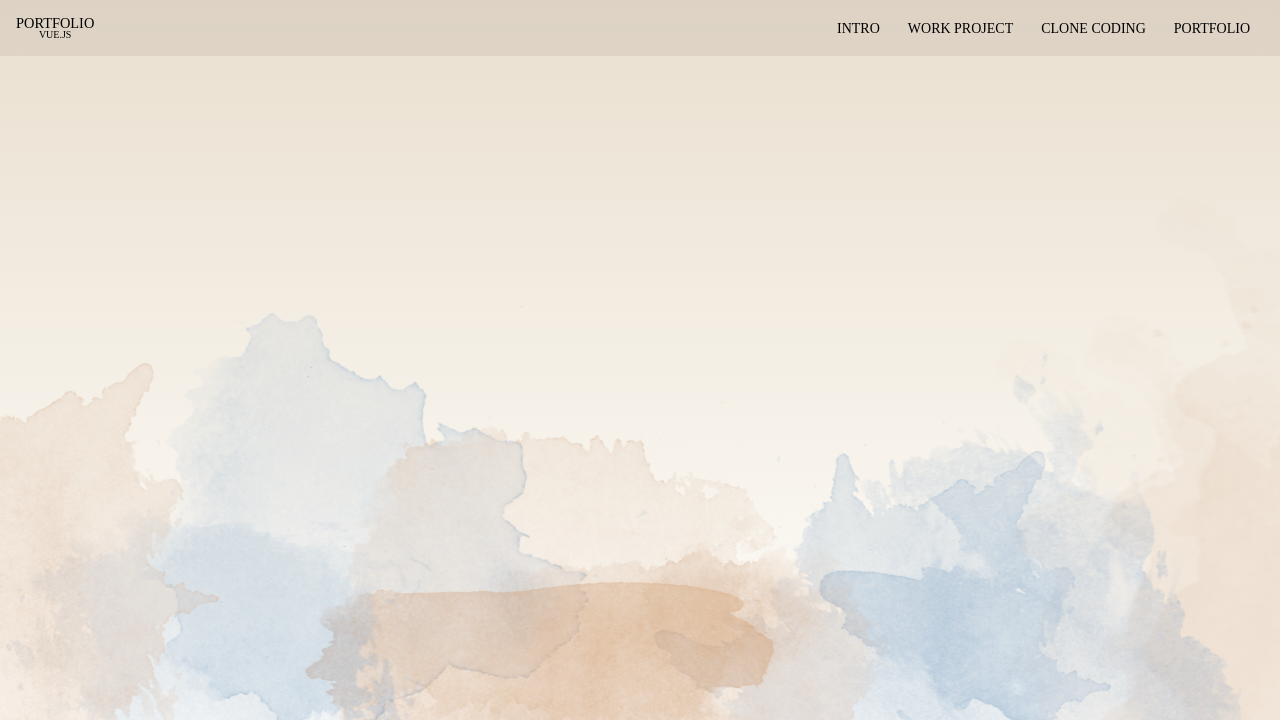
Repository: youngae-sa/vPortfolio
Page: /workProject
These files come from the project's save history. The page is drawn as it stood at one moment and after the next save; the edit follows.
The browser window is 1280 px wide. The pictures show the whole page.
Some web fonts or font styles are not loaded; a fallback is used. The project was rebuilt for these pictures with package versions that can differ from the ones it lists, and the page was loaded fresh each time. Also part of the build but not shown: vite.config.js. Imported but missing from the stored project, and not drawn on this page: src/components/FooterSection.vue, src/components/IntroSection.vue.

Above is the page before, as saved 2025-10-24 10:59:48.

### index.html
<!DOCTYPE html>
<html lang="ko">
<head>
    <meta charset="UTF-8">
    <meta name="viewport" content="width=device-width, initial-scale=1.0">
    <title>포트폴리오</title>

    <link rel="icon" type="image/svg+xml" href="favicon.svg" />
</head>
<body>
    <div id="app"></div>
    <script type="module" src="/src/main.js"></script>
</body>
</html>

### src/main.js

import "./assets/scss/layout.scss";
import { createApp } from 'vue'
import App from './App.vue'
import router from './router/index.js'

let app = "";
let containerSelector = "#app";

// check if app has been mounted already
const mountPoint = document.querySelector(containerSelector);

if (mountPoint && mountPoint.__vue_app__ !== undefined) {

    // Set the existing mount point to 'app'.
    app = mountPoint.__vue_app__._instance.proxy;
}
else {

    // create a new app instance
    app = createApp(App);

    // Install the required instances like plugin, component and directive.
    app.use(router);

    // Mount 'app' (App.vue) as root component.
    app.mount(containerSelector);
}

### src/assets/scss/layout.scss
@charset "UTF-8";

@use "reset";
@use "mixin" as *;
@use "root";
@use "style";

.blind{width:1px; height:1px; line-height:1px; position:absolute; left:-9999px; top:-9999px;}

#header {
    @include position-fixed;
    z-index: 10000;
    background-color: rgba(116, 99, 99, 0.1);
    backdrop-filter: blur(15px);
}
.header__inner {
    @include flex-between;

    padding: 1rem;

    .header__logo {
        font-size: 0.9rem;
        text-align: center;
        text-transform: uppercase;
        line-height: 1;

        em {
            font-size: 10px;
            display: block;
            color: var(--black200);
        }
    }

    .header__nav {

        @media (max-width: 800px){
            display: none;

            &.show {
                display: block;

                ul {
                    display: block;
                    position: absolute;
                    right: 0;
                    top: 68px;
                    background-color: rgba(116,99,99,0.1);
                    backdrop-filter: blur(15px);
                    z-index: 10000;
                    min-width: 150px;
                    padding: 20px 0;

                    li {
                        display: block;
                        text-align: right;

                        a {
                            display: inline-block;
                            padding: 10px;
                        }
                    }
                }
            }
            &.show + .header__nav__mobile span::before {
                width: 20px;
            }
            &.show + .header__nav__mobile span::after {
                width: 20px;
            }
        }

        li {
            display: inline;

            a {
                text-transform: uppercase;
                font-size: 14px;
                padding: 14px;
                position: relative;

                &::before {
                    content: '';
                    width: calc(100% - 28px);
                    height: 1px;
                    background-color: var(--black);
                    position: absolute;
                    left: 14px;
                    bottom: 10px;
                    transform: scaleX(0);
                    transition: all 0.3s;
                }
                &:hover::before {
                    transform: scaleX(1);
                }
            }
        }
    }

    .header__nav__mobile {
        display: none;
        width: 40px;
        height: 40px;
        cursor: pointer;

        @media (max-width: 800px){
            display: block;
        }

        span {
            display: block;
            width: 40px;
            height: 2px;
            background-color: var(--black);
            margin-top: 19px;
            position: relative;

            &::before {
                content: "";
                width: 40px;
                height: 2px;
                background-color: var(--black);
                position: absolute;
                right: 0;
                top: 6px;
                transition: width 0.3s;
            }
            &::after {
                content: "";
                width: 40px;
                height: 2px;
                background-color: var(--black);
                position: absolute;
                left: 0;
                bottom: 6px;
                transition: width 0.3s;
            }
        }
    }
}

### src/App.vue
<script setup>
import { RouterView } from "vue-router";
</script>

<template>
    <RouterView />
</template>

### src/router/index.js
import { createRouter, createWebHistory } from 'vue-router'
import HomeView from '../views/HomeView.vue'
import IntroSection from '../components/IntroSection.vue'
import WorkProject from '../components/WorkProject.vue'



const router = createRouter({
    history: createWebHistory(import.meta.env.BASE_URL),
    routes: [
        {
            path: '/',
            name: 'home',
            component: HomeView,
            children:[
                {
                    path:'/',
                    // component: IntroSection,
                    component:WorkProject
                },
                {
                    path:'workProject',
                    component: WorkProject,
                },
                {
                    path:'workProject',
                    component: WorkProject,
                },
                {
                    path:'workProject',
                    component: WorkProject,
                }
            ]

        }
    ]
})

export default router

### src/assets/scss/_mixin.scss
// 가운데 정렬
@mixin flex-center {
    display: flex;
    align-items: center;
    justify-content: center;
}

// 양쪽 정렬
@mixin flex-between {
    display: flex;
    align-items: center;
    justify-content: space-between;
}

// 중앙 정렬
@mixin position-center {
    position: absolute;
    left: 50%;
    top: 50%;
    transform: translate(-50%, -50%);
}

// 상단 고정
@mixin position-fixed {
    position: fixed;
    left: 0;
    top: 0;
    width: 100%;
}

@keyframes bgMove {
    0% {background-position: left;}
    100% {background-position: right;}
}

@keyframes spin{
    0% {
        --rotate: 0deg;
      }
      100% {
        --rotate: 360deg;
      }
}

@keyframes move{
  0% {
    transform: translate(-50%,0px);
    opacity: 0;
  }
  50% {
    transform: translate(-50%,40px);
    opacity: 1;
  }
  100% {
    transform: translate(-50%,60px);
    opacity: 0;
  }
}

@keyframes opa{
  0% {
      opacity:0;
    }
    100% {
      opacity:1;
    }
}

### src/assets/scss/_root.scss
@property --rotate {
    syntax: "<angle>";
    initial-value: 132deg;
    inherits: false;
}

:root {
	--white: #fff;
	--black: #000;
	--danger: #EB003B;
	--warning: #B9131E;/* 경고 */
	--success: #008A1E;/* 초록 */
	--information: #2768FF;
	--primary: #246BEB;
	--primary5: #EFF5FF;
	--primary10: #D3E1FB;
	--primary20: #A7C4F7;
	--primary30: #7CA6F3;
	--primary40: #5089EF;
	--primary60: #1D56BC;
	--primary70: #16408D;
	--primary80: #0E2B5E;
	--primary90: #07152F;
	--secondary: #003675;
	--secondary5: #EDF1F5;
	--secondary10: #CDD7E4;
	--secondary20: #B4C4D6;
	--secondary30: #99B0CB;
	--secondary40: #2A5C96;
	--secondary50: #003675;
	--secondary60: #002B5E;
	--secondary70: #002046;
	--secondary80: #00162F;
	--secondary90: #000B17;
	--danger60: #D50136;
	--accent5: #FDF2F3;
	--point: #E71825;
	--point5: #FDF2F3;
	--point10: #FAD1D3;
	--point20: #F5A3A8;
	--point30: #F1747C;
	--point40: #EC4651;
	--point60: #B9131E;
	--point70: #8B0E16;
	--point80: #5C0A0F;
	--point90: #2E0507;
	--gray5: #F8F8F8;
	--gray10: #F0F0F0;
	--gray20: #E4E4E4;
	--gray30: #D8D8D8;
	--gray40: #C6C6C6;
	--gray50: #8E8E8E;
	--gray60: #717171;
	--gray70: #555555;
	--gray80: #2D2D2D;
	--gray90: #1D1D1D;
	--spacer60: 25.4rem;
	--spacer59: 25rem;
	--spacer58: 24.6rem;
	--spacer57: 24.2rem;
	--spacer56: 23.8rem;
	--spacer55: 23.4rem;
	--spacer54: 22.6rem;
	--spacer53: 22.2rem;
	--spacer52: 20.8rem;
	--spacer51: 20.4rem;
	--spacer50: 20rem;
	--spacer49: 19.6rem;
	--spacer48: 19.2rem;
	--spacer47: 18.8rem;
	--spacer46: 18.4rem;
	--spacer45: 18rem;
	--spacer44: 17.6rem;
	--spacer43: 17.2rem;
	--spacer42: 16.8rem;
	--spacer41: 16.4rem;
	--spacer40: 16rem;
	--spacer39: 15.6rem;
	--spacer38: 15.2rem;
	--spacer37: 14.8rem;
	--spacer36: 14.4rem;
	--spacer35: 14rem;
	--spacer34: 13.6rem;
	--spacer33: 13.2rem;
	--spacer32: 12.8rem;
	--spacer31: 12.4rem;
	--spacer30: 12rem;
	--spacer29: 11.6rem;
	--spacer28: 11.2rem;
	--spacer27: 10.8rem;
	--spacer26: 10.4rem;
	--spacer25: 10rem;
	--spacer24: 9.6rem;
	--spacer23: 9.2rem;
	--spacer22: 8.8rem;
	--spacer21: 8.4rem;
	--spacer20: 8rem;
	--spacer19: 7.6rem;
	--spacer18: 7.2rem;
	--spacer17: 6.8rem;
	--spacer16: 6.4rem;
	--spacer15: 6rem;
	--spacer14: 5.6rem;
	--spacer13: 5.2rem;
	--spacer12: 4.8rem;
	--spacer11: 4.4rem;
	--spacer10: 4rem;
	--spacer9: 3.6rem;
	--spacer8: 3.2rem;
	--spacer7: 2.8rem;
	--spacer6: 2.4rem;
	--spacer5: 2rem;
	--spacer4: 1.6rem;
	--spacer3: 1.2rem;
	--spacer2: 0.8rem;
	--spacer1: 0.4rem;
	--spacer0: 0;
	--spacer-default: .1rem;
	--spacer-default2: .2rem;
	--spacerfull: 100%;
}

### src/assets/scss/style.scss
@charset "UTF-8";
@import url('https://fonts.googleapis.com/css2?family=Noto+Sans+KR:wght@100;300;400;500;700;900&display=swap');
@import url('https://fonts.googleapis.com/css2?family=Stylish&display=swap');
@import url('https://fonts.googleapis.com/css2?family=Do+Hyeon&display=swap');
@import url('https://fonts.googleapis.com/css2?family=DynaPuff:wght@700&display=swap');

[class*="__inner"]{
    max-width: 1480px;
    margin:0 auto;
}

#main{
    height: 100vh;
    background-color: #EEE6D9;
    background-color: #fffefb;
    background: -moz-linear-gradient(0deg, rgba(255,254,251,1) 0%, rgba(233,223,207,1) 100%);
    background: -webkit-linear-gradient(0deg, rgba(255,254,251,1) 0%, rgba(233,223,207,1) 100%);
    background: linear-gradient(0deg, rgba(255,254,251,1) 0%, rgba(233,223,207,1) 100%);
    position: relative;
    padding-top: 56px;

    &:after{
        width: 100%;
        height: 600px;
        background-image: url('../images/bg1.png');
        content:"";
        display: inline-block;
        position: absolute;
        left:0;
        bottom:0;
        animation: bgMove 150s linear infinite;
    }
}

// intro
.intro {
    height: 100%; padding-top: 100px;
    height: 100vh;
    background-color: #EEE6D9;
    background-color: #fffefb;
    background: -moz-linear-gradient(0deg, rgba(255,254,251,1) 0%, rgba(233,223,207,1) 100%);
    background: -webkit-linear-gradient(0deg, rgba(255,254,251,1) 0%, rgba(233,223,207,1) 100%);
    background: linear-gradient(0deg, rgba(255,254,251,1) 0%, rgba(233,223,207,1) 100%);
    position: relative;
    padding-top: 56px;

    &:after{
        width: 100%;
        height: 600px;
        background-image: url('../images/bg1.png');
        content:"";
        display: inline-block;
        position: absolute;
        left:0;
        bottom:0;
        animation: bgMove 150s linear infinite;
    }
}
.intro .welcome_tit{
    max-width: 500px;
    width: 100%;
    height:80px;
    margin:0 auto 100px;
    position:relative;
    text-align:center;
    filter: url(#threshold) blur(0.6px);

    span{
        display: inline-block;
        width:100%;
        position:absolute;
        left:0;
        top:0;
        font-family: 'DynaPuff', cursive;
        font-size: 80px;
        font-weight:700;
        text-align:center;
        text-transform: uppercase;
        color:#ec9325;
        letter-spacing: 0.12em;
    }
}

.intro .my_info{
    height:255px;
    display:flex;
    justify-content: center;
    align-items:center;
    gap:70px;
    .pfp{
        width:250px;
        position: relative;
        transition:all 0.3s 1.3s;

        img{
            position: relative;
            z-index: 1;
            background-color: rgba(233,223,207,0.8);
        }

        &::before{
            content:'';
            display: block;
            position:absolute;
            top: -45px;
            left: -48px;
            height: 140%;
            width: 140%;
            margin: 0 auto;
            transform: scale(0.7);
            filter: blur(30px);
            background-image: linear-gradient(
              var(--rotate)
              , #fffbed, #f6d365 43%, #fda085);
              opacity: 1;
            transition: opacity .5s;
            animation: spin 4s linear infinite;
        }

        &::after{
            content:'';
            display: block;
            width: 104%;
            height: 102%;
            border-radius: 8px;
            background-image: linear-gradient(var(--rotate),#fffbed, #f6d365 43%, #fda085);
            position: absolute;
            top: -1%;
            left: -2%;
            animation: spin 4s linear infinite;
        }
    }
}


.intro .my_info .pfp .line{
    position:absolute;
    left:0;
    top:0;
    width:100%;
    height:100%;

    &::before,
    &::after{
        display:inline-block;
        content:'';
        position:absolute;
        transition:all 0.3s;
        box-shadow: -1px 8px 21px 1px rgba(237,209,187,1);
        -webkit-box-shadow: -1px 8px 21px 1px #edd1bb;
        -moz-box-shadow: -1px 8px 21px 1px rgba(237,209,187,1);
    }
}

.intro .my_info .pfp .l1::before{
    width:0%; height:2px; top:0; left:0;
    background: rgb(207,179,152);
    transition-delay : 0.2s;
}
.intro .my_info .pfp .l1::after{
    width:2px; height:0%; top:0; right:0;
    background: #cfb398;
    transition-delay : 0.6s;
}
.intro .my_info .pfp .l2::before{
    width:0%; height:2px; bottom:0; right:0;
    background: rgb(207,179,152);
    transition-delay : 0.9s;
}
.intro .my_info .pfp .l2::after{
    width:2px; height:0%; bottom:0; left:0;
    background: rgb(207,179,152);
    transition-delay : 1.2s;
}
/*  on */
.intro.on .my_info .pfp{background-color:rgba(242, 236, 225,0.2);}
.intro.on .my_info .pfp .l1::before{
    width:100%;
}
.intro.on .my_info .pfp .l1::after{
     height:100%;
}
.intro.on .my_info .pfp .l2::before{
    width:100%;
}
.intro.on .my_info .pfp .l2::after{
    height:100%;
}

.intro .my_info_all{
    height:100%;
    padding:10px;

    > ul{
        height:100%;
        display:flex;
        align-items: flex-start;
        gap:40px;

        .info {
            h3{margin-bottom:20px; font-size:20px;}

            ul {
                li{
                    display: flex;
                    padding:3px 0;
                    font-size:14px;

                    p:nth-child(1){font-weight: 700;}
                }
            }

            &.profile{
                .tit{width:80px;}
            }
            &.skills{
                p:nth-child(1){width:120px;}

                .level{
                    span{
                        display: inline-block; width:45px; height:6px; border-radius: 20px; text-align: center; margin-right:5px;}
                    .fill{background-color:#edb470;}
                    .empty{background-color:#ead0b1;}
                }
            }
        }

    }
}


.intro .scroll_down{
    display: flex;

    div{
        width:100px;
        margin:180px auto 0;

        .mouse{
            width:45px;
            height:80px;
            margin: 0 auto;
            border:2px solid #fff;
            border-radius: 50px;
            position:relative;
            padding:5px;
            box-sizing: border-box;
            box-shadow: 2px 2px 3px rgba(255,255,255,0.6);
            overflow: hidden;

            span{display: inline-block; width:10px; height:10px; border-radius: 50%; background-color:#fff; position: absolute; left:50%; transform: translateX(-50%); animation: move 2s linear infinite;}
        }

        .txt{text-align: center; font-size:1em; padding-top:10px; color:#fff; font-weight: 700;}
    }
}

### src/views/HomeView.vue
<script setup>
    import SkipSection from "@/components/SkipSection.vue";
    import HeaderSection from "@/components/HeaderSection.vue";
    import FooterSection from "@/components/FooterSection.vue";
    import IntroSection from "@/components/IntroSection.vue";


</script>

<template>
    <SkipSection />
    <HeaderSection />
    <main id="main" role="main">
        <router-view/>
    </main>
    <!-- <FooterSection /> -->
</template>

### src/components/WorkProject.vue
<template>

    <h2 class="blind">Work Project</h2>
    <section>

    </section>
</template>

### src/components/SkipSection.vue
<template>
    <div id="skip">
        <a href="#header">헤더 영역</a>
        <a href="#intro">소개 영역</a>
        <a href="#skill">스킬 영역</a>
        <a href="#site">사이트 영역</a>
        <a href="#port">포트폴리오 영역</a>
        <a href="#contact">연락처 영역</a>
        <a href="#footer">푸터 영역</a>
    </div>
</template>

### src/components/HeaderSection.vue
<script setup>
    import { headerNav } from "@/constants/index";
</script>
<template>
    <header id="header" role="banner">
        <div class="header__inner">
            <h1 class="header__logo">
                <a href="#">portfolio<em>vue.js</em></a>
            </h1>
            <nav class="header__nav" role="navigation" aria-label="메인 메뉴">
                <ul>
                    <li v-for="(nav, key) in headerNav" :key="key">
                        <a :href="nav.url">{{ nav.title }}</a>
                    </li>
                </ul>
            </nav>
            <div class="header__nav__mobile"
                id="headerToggle"
                aria-controls="primary-menu"
                :aria-expanded="isNavVisible.toString()"
                @click="toggleMobileMenu"
            >
                <span></span>
            </div>
        </div>
    </header>
</template>

<script>
export default {
    data() {
        return {
            isNavVisible: false,
        };
    },
    methods: {
        toggleMobileMenu() {
            this.isNavVisible = !this.isNavVisible;
        },
    },
};
</script>

### src/constants/index.js
export const headerNav = [
    {
        title: "intro",
        url: "/",
    },
    {
        title: "work Project",
        url: "/WorkProject",
    },
    {
        title: "clone coding",
        url: "/CloneCoding",
    },
    {
        title: "portfolio",
        url: "/",
    },

];

Loaded but not shown: src/assets/scss/_reset.scss (common file)

After the next save:
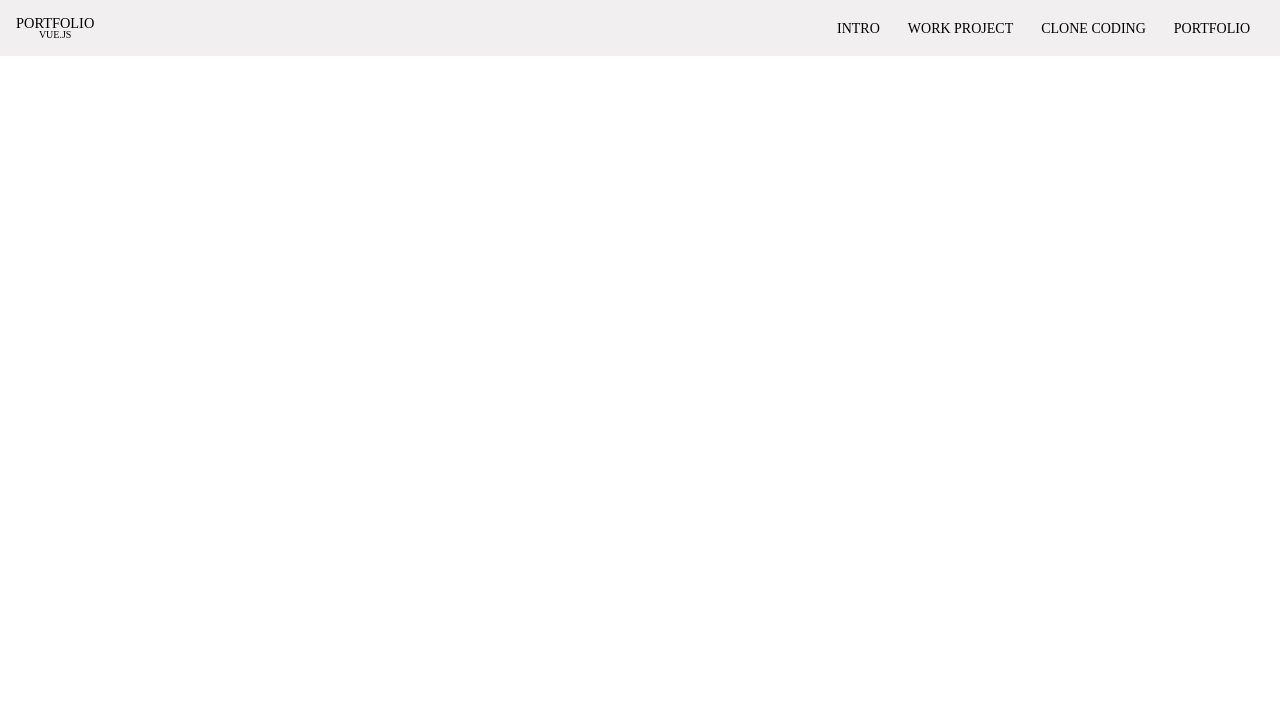
Saved 16 s later.
--- a/src/assets/scss/style.scss
+++ b/src/assets/scss/style.scss
@@ -9,28 +9,28 @@
     margin:0 auto;
 }
 
-#main{
-    height: 100vh;
-    background-color: #EEE6D9;
-    background-color: #fffefb;
-    background: -moz-linear-gradient(0deg, rgba(255,254,251,1) 0%, rgba(233,223,207,1) 100%);
-    background: -webkit-linear-gradient(0deg, rgba(255,254,251,1) 0%, rgba(233,223,207,1) 100%);
-    background: linear-gradient(0deg, rgba(255,254,251,1) 0%, rgba(233,223,207,1) 100%);
-    position: relative;
-    padding-top: 56px;
-
-    &:after{
-        width: 100%;
-        height: 600px;
-        background-image: url('../images/bg1.png');
-        content:"";
-        display: inline-block;
-        position: absolute;
-        left:0;
-        bottom:0;
-        animation: bgMove 150s linear infinite;
-    }
-}
+// #main{
+//     height: 100vh;
+//     background-color: #EEE6D9;
+//     background-color: #fffefb;
+//     background: -moz-linear-gradient(0deg, rgba(255,254,251,1) 0%, rgba(233,223,207,1) 100%);
+//     background: -webkit-linear-gradient(0deg, rgba(255,254,251,1) 0%, rgba(233,223,207,1) 100%);
+//     background: linear-gradient(0deg, rgba(255,254,251,1) 0%, rgba(233,223,207,1) 100%);
+//     position: relative;
+//     padding-top: 56px;
+
+//     &:after{
+//         width: 100%;
+//         height: 600px;
+//         background-image: url('../images/bg1.png');
+//         content:"";
+//         display: inline-block;
+//         position: absolute;
+//         left:0;
+//         bottom:0;
+//         animation: bgMove 150s linear infinite;
+//     }
+// }
 
 // intro
 .intro {
